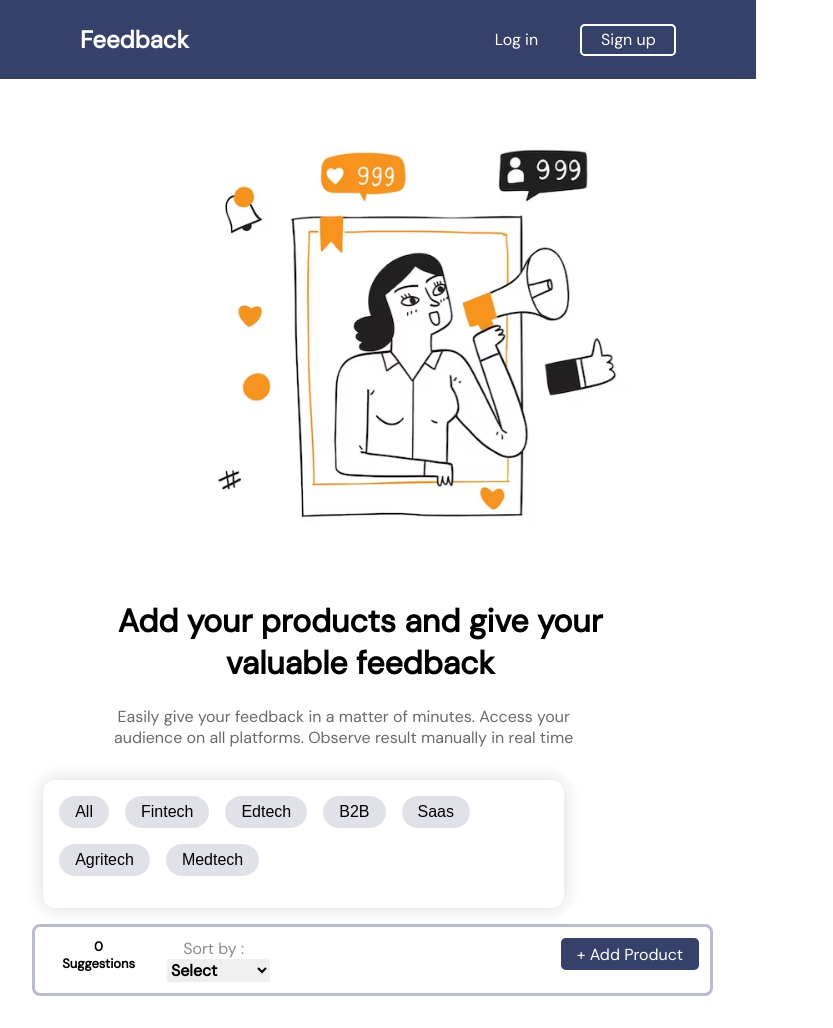
Repository: drumsmanku/final-evaluation-test
Page: / (app in client/)
The author's editor kept a copy of each file at every save. The page is drawn from the files as they stood at one save, then again after the next save.
The browser window is 768 px wide. The page is 796 px wide, then 833 px, so the pictures cover 833 px, including what lies to the right of the window. The pictures show the whole page.
The page's requests for data from a server got no answer. The project was rebuilt for these pictures with package versions that can differ from the ones it lists, and the page was loaded fresh each time. No one was signed in, and anything a server would have sent is missing. Also part of the build but not shown: client/src/CSS/LoginPopUp.css, client/src/Components/LoginPopUp.js, client/src/CSS/SignupPopUp.css, client/src/Components/SignupPopUp.js, client/src/CSS/AddProductPopUp.css, client/src/Components/AddProductPopUp.js, client/src/Components/CommentsSection.js, client/src/CSS/SignUp.css and 3 more.

Above is the page before, as saved 2023-08-01 07:11:28.

After the next save:
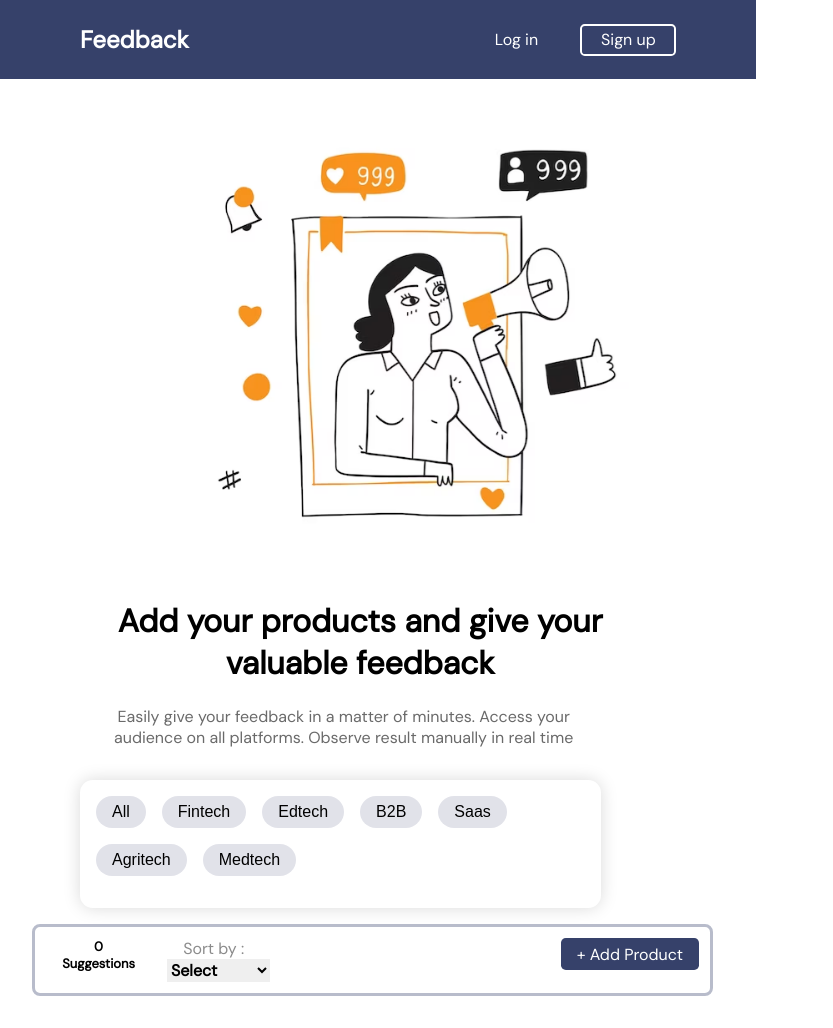
Saved 26 s later.
--- a/client/src/CSS/MainPage.css
+++ b/client/src/CSS/MainPage.css
@@ -180,7 +180,7 @@ body{
     width: 100%;
     flex-direction: row;
     margin-right: 0;
-    padding-left: 0.7rem;
+    padding-left: 3rem;
   }
   .bottom-top-right{
     width: 85vw;
